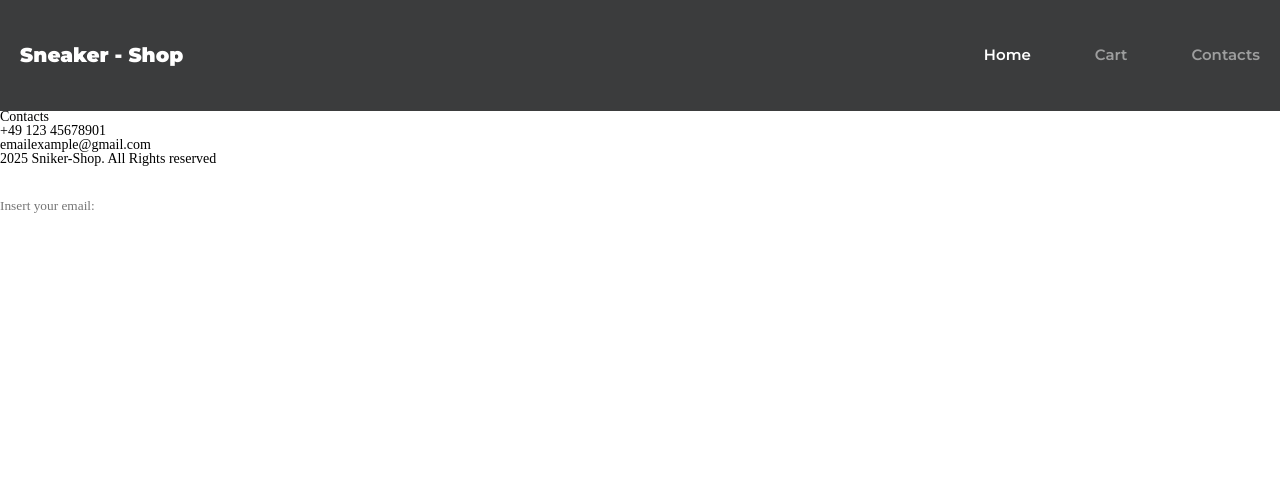
Repository: IstratiiNik/sneaker-shop
Page: /
These files come from the project's save history. The page is drawn as it stood at one moment and after the next save; the edit follows.
The browser window is 1280 px wide. The pictures show the whole page.
The project was rebuilt for these pictures with package versions that can differ from the ones it lists, and the page was loaded fresh each time. Also part of the build but not shown: vite.config.js.

Above is the page before, as saved 2025-07-01 13:55:03.

### index.html
<!DOCTYPE html>
<html lang="en">
  <head>
    <meta charset="UTF-8" />
    <link rel="icon" type="image/svg+xml" href="/vite.svg" />
    <link rel="preconnect" href="https://fonts.googleapis.com" />
    <link rel="preconnect" href="https://fonts.gstatic.com" crossorigin />
    <link
      href="https://fonts.googleapis.com/css2?family=Montserrat:ital,wght@0,100..900;1,100..900&family=Red+Hat+Display:ital,wght@0,300..900;1,300..900&display=swap"
      rel="stylesheet"
    />
    <meta name="viewport" content="width=device-width, initial-scale=1.0" />
    <title>Sneaker Shop</title>
  </head>
  <body>
    <div id="root"></div>
    <script type="module" src="/src/main.jsx"></script>
  </body>
</html>

### src/App.jsx
import Header from "./components/Header/Header";
import Footer from "./components/Footer/Footer";
import "./App.css";

function App() {
  return (
    <>
      <Header />
      <Footer />
    </>
  );
}

export default App;

### src/components/Header/Header.jsx
import React from "react";
import { NavLink } from "react-router-dom";
import styles from "./Header.module.scss";

const Header = () => {
  return (
    <header className={styles.header}>
      <div className={styles.container}>
        <h1>Sneaker - Shop</h1>
        <nav className={styles.nav}>
          <NavLink
            to="/"
            style={({ isActive }) => ({
              color: isActive ? "#FFFFFF" : "#FFFFFF80",
            })}
          >
            Home
          </NavLink>
          <NavLink
            to="/cart"
            style={({ isActive }) => ({
              color: isActive ? "#FFFFFF" : "#FFFFFF80",
            })}
          >
            Cart
          </NavLink>
          <NavLink
            to="/contacts"
            style={({ isActive }) => ({
              color: isActive ? "#FFFFFF" : "#FFFFFF80",
            })}
          >
            Contacts
          </NavLink>
        </nav>
      </div>
    </header>
  );
};

export default Header;

### src/components/Footer/Footer.jsx
import React from "react";
import styles from "./Footer.module.scss";
import facebookLogo from "../../assets/Facebook_logo.svg";
import twitterLogo from "../../assets/Twitter_logo.svg";
import instagramLogo from "../../assets/Instagram_logo.svg";

const Footer = () => {
  return (
    <footer className={styles.footer}>
      <div className={styles.container}>
        <div>
          <p>Contacts</p>
          <div>
            <p>+49 123 45678901</p>
            <p>emailexample@gmail.com</p>
          </div>
          <p>2025 Sniker-Shop. All Rights reserved</p>
        </div>
        <div className={styles.footerRight}>
          <div>
            <a href="link.domain">
              <img src={facebookLogo} alt="facebook" />
            </a>
            <a href="link.domain">
              <img src={twitterLogo} alt="twitter" />
            </a>
            <a href="link.domain">
              <img src={instagramLogo} alt="instagram" />
            </a>
          </div>
          <input type="text" placeholder="Insert your email:" />
        </div>
      </div>
    </footer>
  );
};

export default Footer;

### src/App.css
@import "reset.css";

#root {
  margin: 0 auto;
}

### src/components/Header/Header.module.scss
.header {
  background-color: rgb(59, 60, 61);
  height: 110px;
  width: 100%;
}
.container {
  max-width: 1420px;
  margin: 0 auto;
  height: 100%;
  display: flex;
  align-items: center;
  justify-content: space-between;
  padding: 0 20px;

  h1 {
    color: rgb(255, 255, 255);
    font-family: Montserrat;
    font-size: 20px;
    font-weight: 900;
    line-height: 24px;
  }
}

.nav {
  display: flex;
  gap: 64px;

  font-family: Montserrat;
  font-size: 15px;
  font-weight: 600;
  line-height: 18px;

  @media (max-width: 900px) {
    gap: 40px;
  }

  @media (max-width: 600px) {
    gap: 30px;
  }
}

### src/components/Footer/Footer.module.scss
.footer {
  background-color: rgb(59, 60, 61);
  height: 1px;
  width: 100%;
}
.container {
}
.footerRight {
}

### src/reset.css
@charset "UTF-8";
/*Обнуление*/
* {
  padding: 0;
  margin: 0;
  border: 0;
}

*,
*:before,
*:after {
  -webkit-box-sizing: border-box;
  box-sizing: border-box;
}

:focus,
:active {
  outline: none;
}

a:focus,
a:active {
  outline: none;
}

nav,
footer,
header,
aside {
  display: block;
}

html,
body {
  height: 100%;
  width: 100%;
  font-size: 100%;
  line-height: 1;
  font-size: 14px;
  -ms-text-size-adjust: 100%;
  -moz-text-size-adjust: 100%;
  -webkit-text-size-adjust: 100%;
}

input,
button,
textarea {
  font-family: inherit;
}

input::-ms-clear {
  display: none;
}

button {
  cursor: pointer;
}

button::-moz-focus-inner {
  padding: 0;
  border: 0;
}

a,
a:visited {
  text-decoration: none;
}

a:hover {
  text-decoration: underline;
}

ul li {
  list-style: none;
}

img {
  vertical-align: top;
}

h1,
h2,
h3,
h4,
h5,
h6 {
  font-size: inherit;
  font-weight: inherit;
}

/*--------------------*/

Loaded but not shown: src/main.jsx (common file)

After the next save:
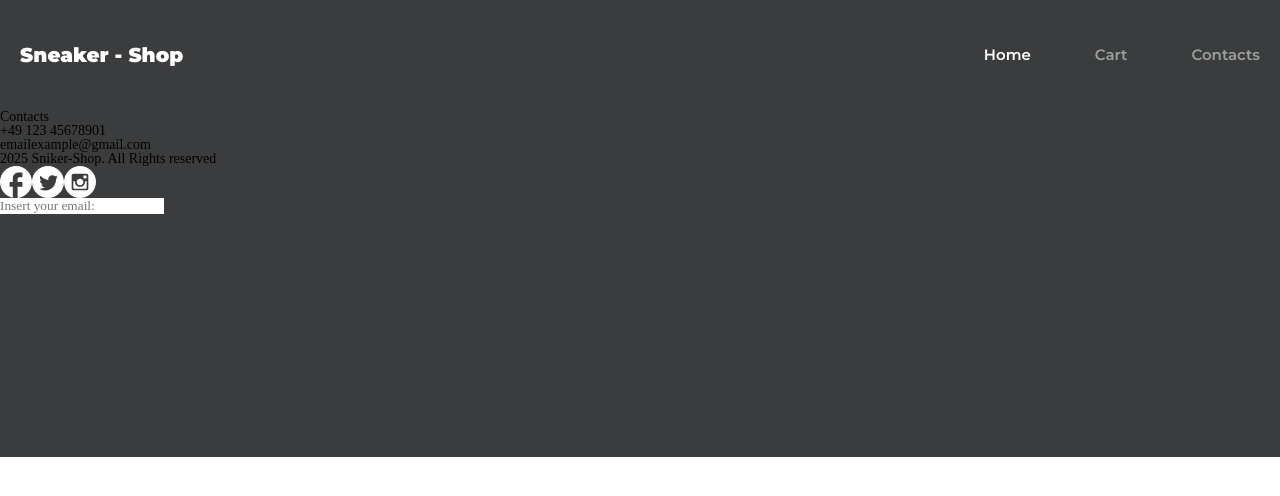
Saved 6 s later.
--- a/src/components/Footer/Footer.module.scss
+++ b/src/components/Footer/Footer.module.scss
@@ -1,6 +1,6 @@
 .footer {
   background-color: rgb(59, 60, 61);
-  height: 1px;
+  height: 347px;
   width: 100%;
 }
 .container {
